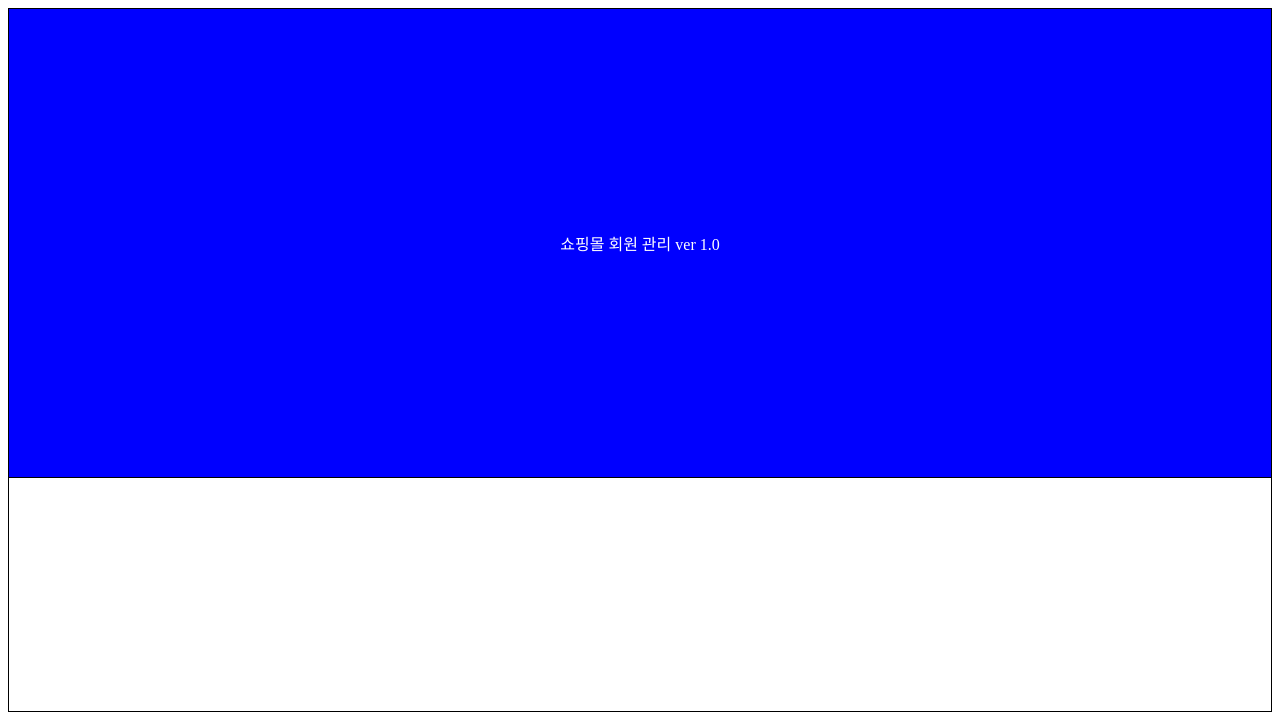
Repository: choigobin/Programming
Page: http://localhost/HRD1118/
The author's editor kept a copy of each file at every save. The page is drawn from the files as they stood at one save, then again after the next save.
The browser window is 1280 px wide. The pictures show the whole page.
The page is served by Tomcat 9. Other server files are loaded and not shown.

Above is the page before, as saved 2019-11-18 02:44:43.

### YangJung/workspace/HRD1118/WebContent/index.jsp
<%@ page language="java" contentType="text/html; charset=UTF-8"
    pageEncoding="UTF-8"%>
<html>
<head>
<style>
table {
	height: 100%; width:100%;
	border-collapse: collapse;
	}
tr,td{
	border: solid black 1px;
	}
</style>
<meta charset="UTF-8">
<title>Insert title here</title>
</head>
<body>
<table>
<jsp:include page="header.jsp"/>
<jsp:include page="nav.jsp"/>
</table>
</body>
</html>

### YangJung/workspace/HRD1118/WebContent/header.jsp
<%@ page language="java" contentType="text/html; charset=UTF-8"
    pageEncoding="UTF-8"%>
<tr height="10%">
<td bgcolor="blue" align="center">
<span style="color: white; font-size:'20px';">쇼핑몰 회원 관리 ver 1.0</span>
</td>
</tr>

### YangJung/workspace/HRD1118/WebContent/nav.jsp
<%@ page language="java" contentType="text/html; charset=UTF-8"
    pageEncoding="UTF-8"%>
<tr height="5%">
<td>

</td>
</tr>

After the next save:
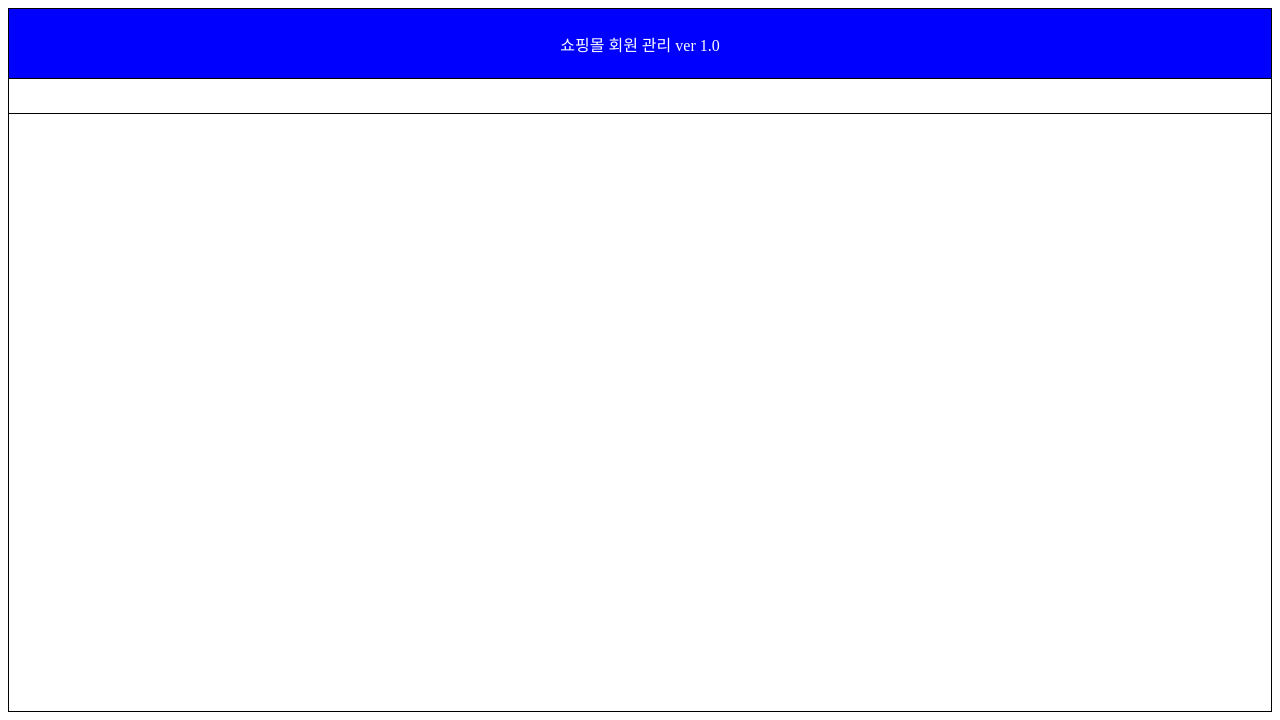
Saved 28 s later.
--- a/YangJung/workspace/HRD1118/WebContent/index.jsp
+++ b/YangJung/workspace/HRD1118/WebContent/index.jsp
@@ -18,6 +18,11 @@ tr,td{
 <table>
 <jsp:include page="header.jsp"/>
 <jsp:include page="nav.jsp"/>
+<tr>
+<td>
+
+</td>
+</tr>
 </table>
 </body>
 </html>
